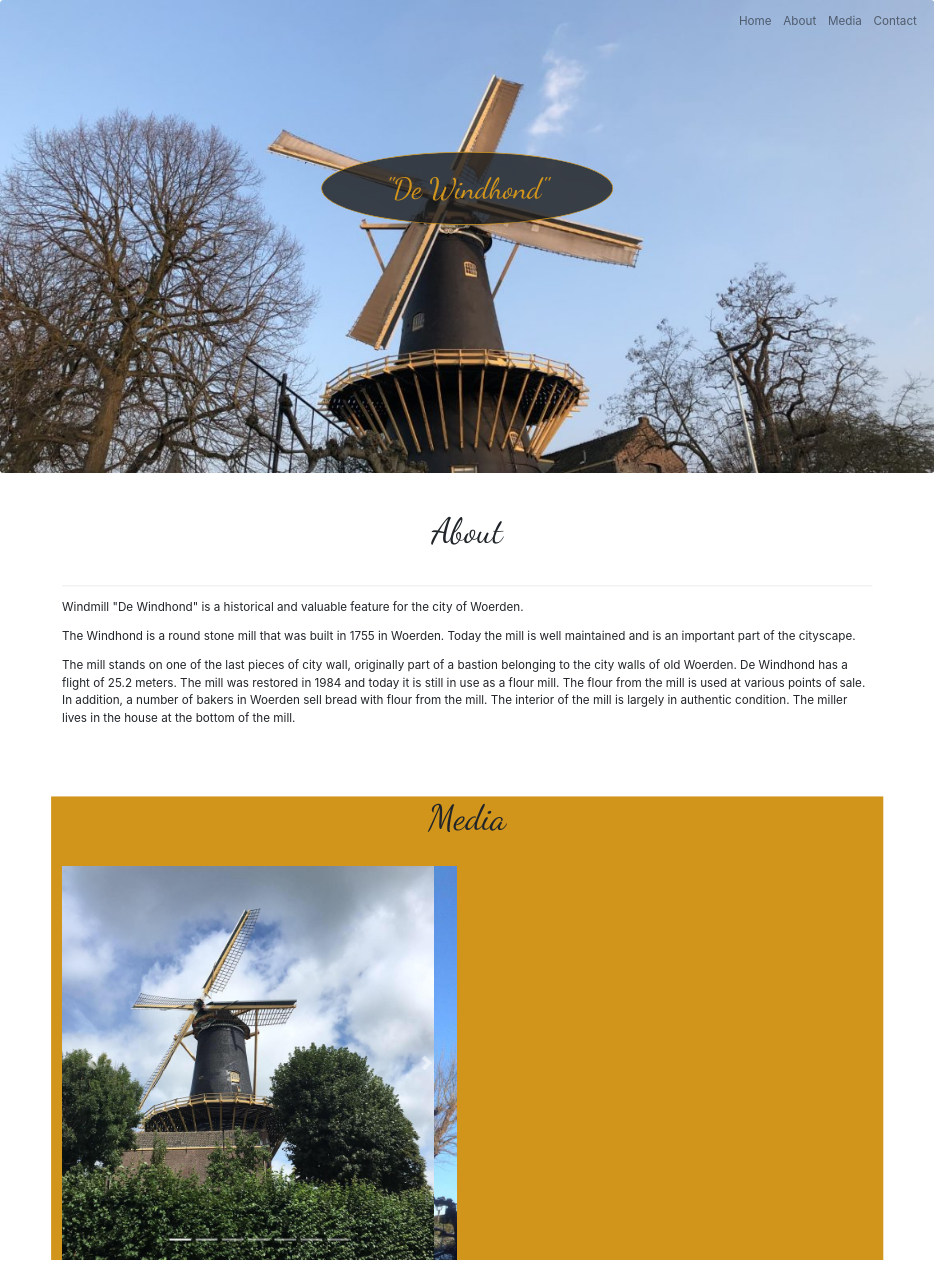
Repository: jdl208/DeWindhond
Page: index.html
The author's editor kept a record of every edit. The page is drawn from the files as they stood at one moment, then again after the next edit.
The browser window is 1280 px wide. The pictures show the whole page, at 73% of full size.
Pictures or frames that could not be fetched are drawn as grey boxes. Some web libraries are served in a nearby version.

Above is the page before.

After the next edit:
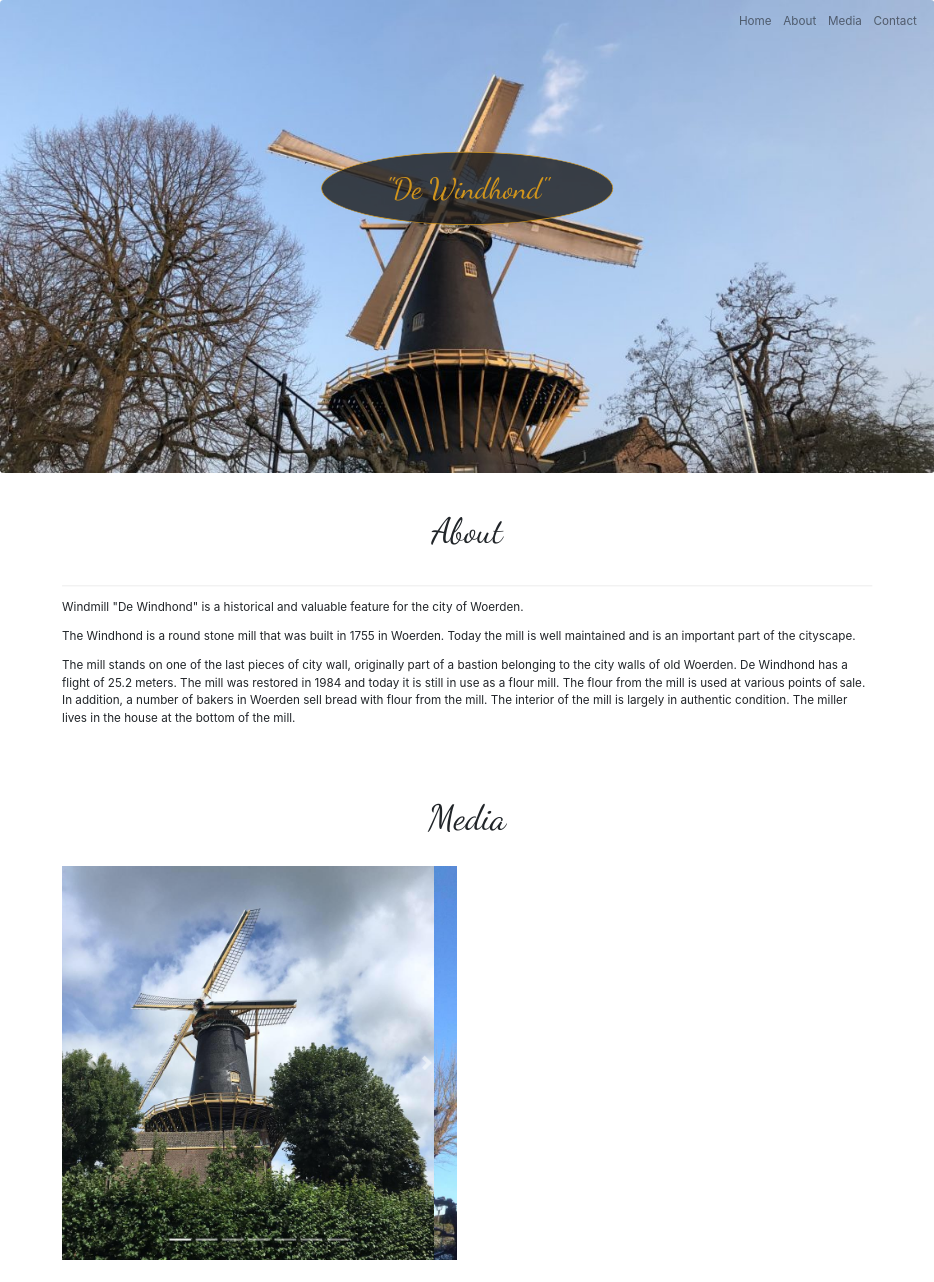
The edit:
--- a/assets/css/style.css
+++ b/assets/css/style.css
@@ -73,10 +73,6 @@
 
 /* ---------------------------------------------- Media */
 
-.mediabox {
-    background-color: rgb(209, 149, 28);
-}
-
 .carousel-item {
     height: 75vh;
     background-color: rgba(29, 29, 29, 0.2);
